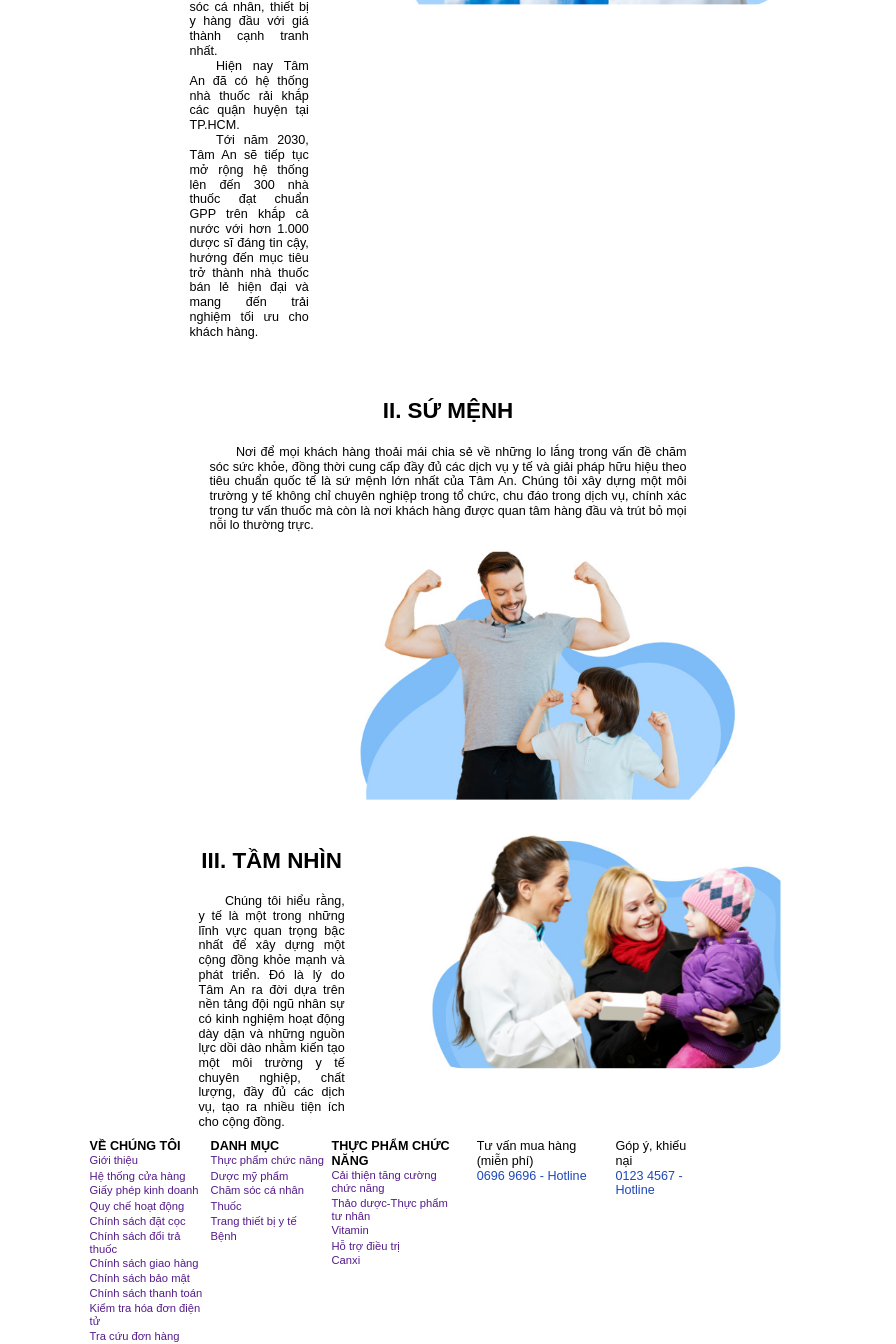
Repository: ViralAIWorks/TamAnPharmacy.github.io
Page: pages/thongtin.html
These files come from the project's save history. The page is drawn as it stood at one moment and after the next save; the edit follows.
The browser window is 1280 px wide. The pictures show the part of the page from y = 995 to 2915 px (the page is 2915 px tall), at 70% of full size.
Some web fonts or font styles are not loaded; a fallback is used.

Above is the page before, as saved 2022-03-14 10:35:28.

After the next save:
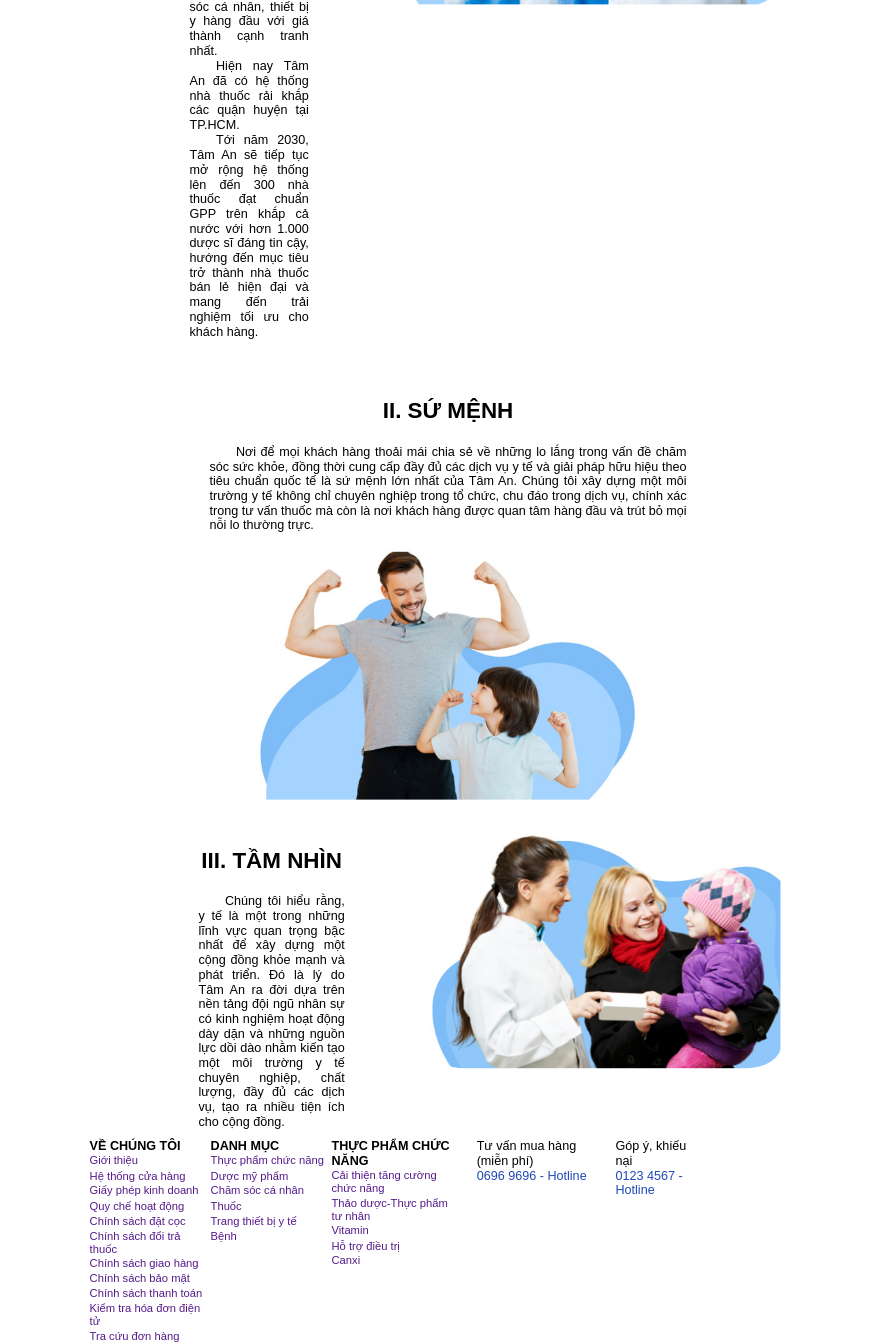
Saved 73 s later.
--- a/pages/style/style_cactrang.css
+++ b/pages/style/style_cactrang.css
@@ -201,10 +201,7 @@ main {
 }
 
 #img3-position {
-    position: relative;
-    left: 15%;
-    width: auto;
-    height: auto;
+    text-align: center;
 }
 
 .img25-position {
